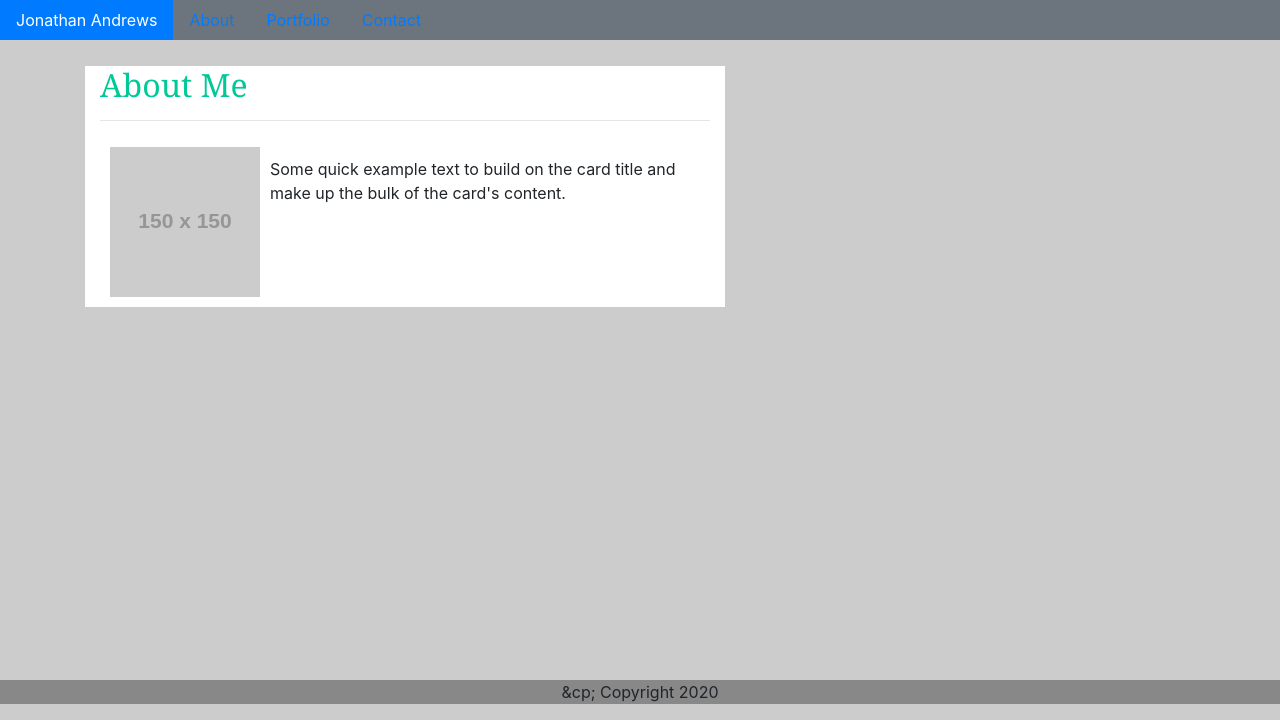
Repository: ionathas78/ionathas78.github.io
Page: index.html
These files come from the project's save history. The page is drawn as it stood at one moment and after the next save; the edit follows.
The browser window is 1280 px wide. The pictures show the whole page.

Above is the page before, as saved 2020-03-14 21:10:56.

### index.html
<!DOCTYPE html>
<html lang="en">
<head>
    <meta charset="UTF-8">
    <meta name="viewport" content="width=device-width, initial-scale=1.0">
    <title>Document</title>

    <link rel="stylesheet" href="https://stackpath.bootstrapcdn.com/bootstrap/4.4.1/css/bootstrap.min.css" integrity="sha384-Vkoo8x4CGsO3+Hhxv8T/Q5PaXtkKtu6ug5TOeNV6gBiFeWPGFN9MuhOf23Q9Ifjh" crossorigin="anonymous">
</head>
<body style="background-color: #ccc">
    <header>
        <ul class="nav bg-secondary">
            <li class="nav-item bg-primary">
              <a class="nav-link active" href="#" style="color: white;">Jonathan Andrews</a>
            </li>
            <li class="nav-item">
              <a class="nav-link" href="index.html">About</a>
            </li>
            <li class="nav-item">
              <a class="nav-link" href="portfolio.html">Portfolio</a>
            </li>
            <li class="nav-item">
                <a class="nav-link" href="contact.html">Contact</a>
            </li>
        </ul>
    </header>

    <div class="container">
        <div class="row">
            <div class="col-lg-4">
                <div class="container clearfix" style="width: 50vw; max width: 900px; background-color: white; margin-top: 2vw;">
                    <h2 style="color: rgb(0, 200, 150); font-family: Georgia, 'Times New Roman', Times, serif; font-weight: 300%;">About Me</h2>
                    <hr>
                    <img src="https://via.placeholder.com/150" class="float-left" alt="My Index Pic" style="margin: 10px 10px;">
                        <div class="card-body">
                      <p>Some quick example text to build on the card title and make up the bulk of the card's content.</p>
                    </div>
                  </div>
            </div>
        </div>
    </div>

    <footer>
        <footer>
            <p style="position: fixed;
                bottom: 0;
                background-color: #888;
                text-align: center;
                width: 100%;">
                &cp; Copyright 2020
            </p>
        </footer>
    </footer>
    <!-- JS Scripts -->

    <script src="https://code.jquery.com/jquery-3.4.1.slim.min.js" integrity="sha384-J6qa4849blE2+poT4WnyKhv5vZF5SrPo0iEjwBvKU7imGFAV0wwj1yYfoRSJoZ+n" crossorigin="anonymous"></script>
    <script src="https://cdn.jsdelivr.net/npm/popper.js@1.16.0/dist/umd/popper.min.js" integrity="sha384-Q6E9RHvbIyZFJoft+2mJbHaEWldlvI9IOYy5n3zV9zzTtmI3UksdQRVvoxMfooAo" crossorigin="anonymous"></script>
    <script src="https://stackpath.bootstrapcdn.com/bootstrap/4.4.1/js/bootstrap.min.js" integrity="sha384-wfSDF2E50Y2D1uUdj0O3uMBJnjuUD4Ih7YwaYd1iqfktj0Uod8GCExl3Og8ifwB6" crossorigin="anonymous"></script>
</body>
</html>

After the next save:
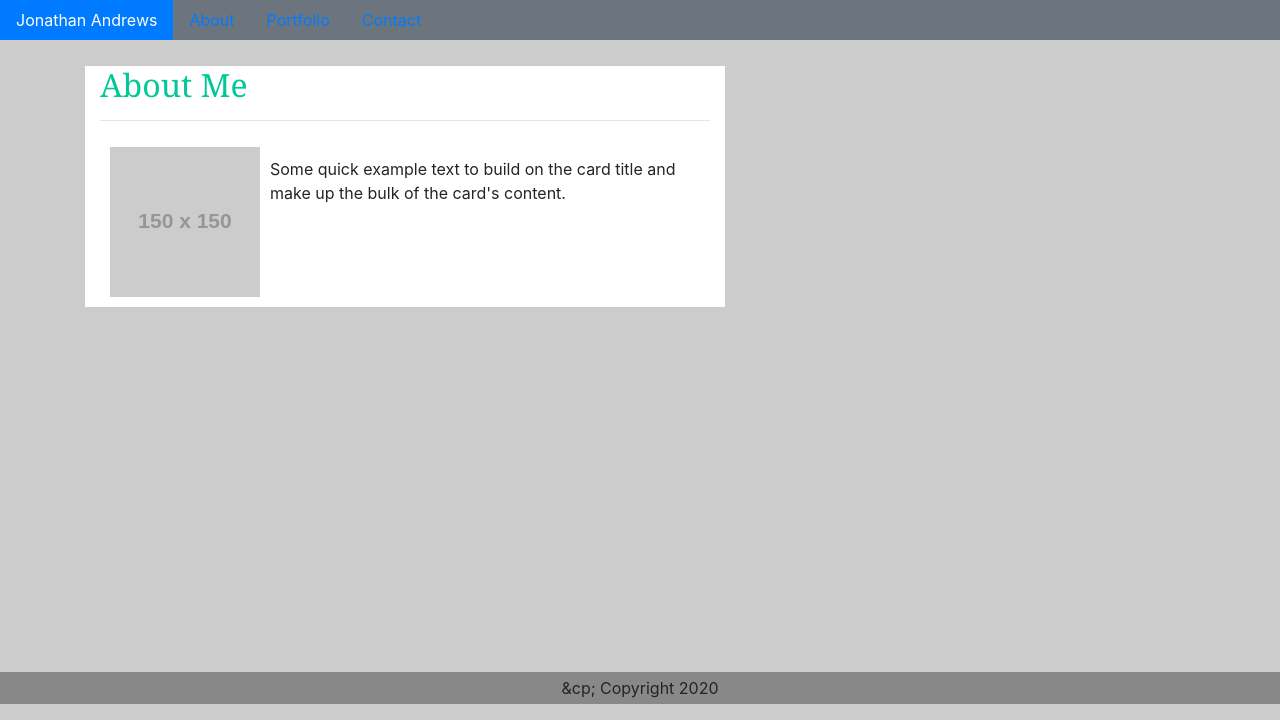
Saved 32 s later.
--- a/index.html
+++ b/index.html
@@ -45,6 +45,7 @@
             <p style="position: fixed;
                 bottom: 0;
                 background-color: #888;
+                line-height: 200%;
                 text-align: center;
                 width: 100%;">
                 &cp; Copyright 2020
